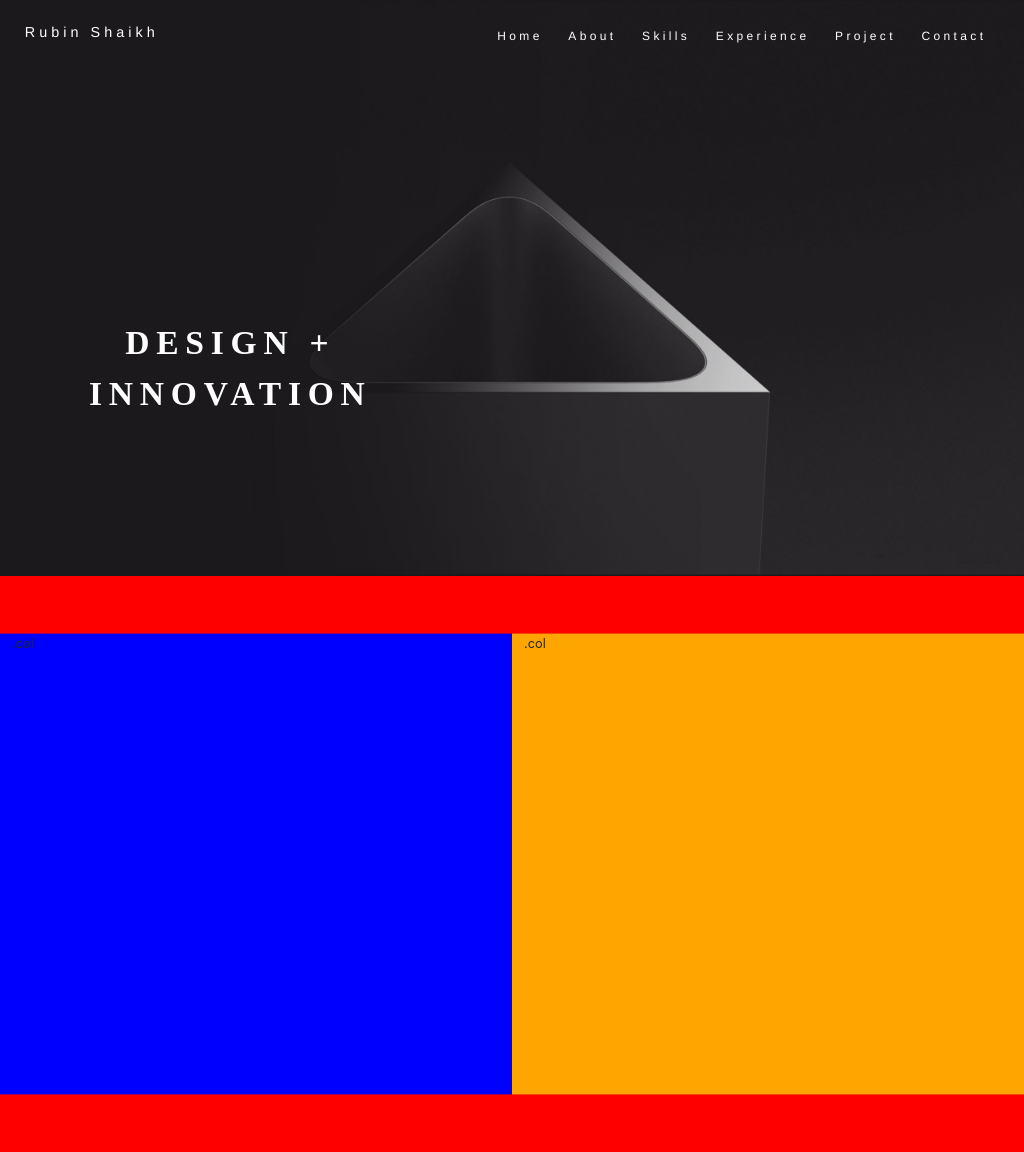
Repository: Rubin78/My-Portfolio
Page: /second
The author's editor kept a copy of each file at every save. The page is drawn from the files as they stood at one save, then again after the next save.
The browser window is 1280 px wide. The pictures show the whole page, at 80% of full size.
The project was rebuilt for these pictures with package versions that can differ from the ones it lists, and the page was loaded fresh each time. Also part of the build but not shown: src/components/First/First.module.css, src/components/First/First.js, src/components/Third.js.

Above is the page before, as saved 2020-07-21 18:25:16.

### src/App.js
import React from 'react';

// import './App.css';

import { BrowserRouter as Router, Switch, Route } from "react-router-dom";
import First from './components/First/First';
import Second from './components/Second';
import Third from './components/Third';
function App() {
  return (
    <Router>
        <div className="App">

          <Switch>
            <Route exact path="/" component={First} />
            <Route exact path="/second" component={Second} />
            <Route exact path="/third" component={Third} />



            <Route render={() => <h2>404 Page Not Found</h2>} />
          </Switch>
        </div>
      </Router>
  );
}

export default App;

### src/components/Second.js
// import React, { Component } from 'react';
// import { Link } from "react-router-dom";
// class Second extends Component {
//     render() {
//         console.log(this.props);
//         return (




//             <div>
//                 <Link to="/third" >Go to the third page</Link>

//         <div>{this.props.location.state}</div>
//             </div>
//         );
//     }
// }

// export default Second;








import React, { useState } from 'react';
import {
  Collapse,
  Navbar,
  NavbarToggler,
  NavbarBrand,
  Nav,
  NavItem,
  NavLink,
  UncontrolledDropdown,
  DropdownToggle,
  DropdownMenu,
  DropdownItem,
  NavbarText
} from 'reactstrap';
import { Container, Row, Col} from 'reactstrap';
import styles  from '../components/Second.css'
import hero1 from '../assests/hero1.jpg';
import { Hidden } from '@material-ui/core';


const Example = (props) => {
  const [isOpen, setIsOpen] = useState(false);

  const toggle = () => setIsOpen(!isOpen);

  return (
<div>
    <Container fluid  className="containerBody2" style={{  backgroundImage:`url(${hero1})`,backgroundColor:'red'}} >
    <div style={{backgroundColor:'transparent',height:90,display:'flex'}}>


      <Navbar color="red" light expand="md"  style={{display:'flex',flex:1,position:'sticky'}} >
        <NavbarBrand href="/"><h4  className="textheader1" >Rubin Shaikh</h4></NavbarBrand>
        <NavbarToggler onClick={toggle} style={{color:'white',backgroundColor:'#F5F5F5'}} />
        <Collapse isOpen={isOpen} navbar >
          <Nav className="mr-auto" navbar>



         </Nav>

         <NavLink  href="/components/"  className="textheader" >Home</NavLink>
         <NavLink href="/components/" className="textheader">About</NavLink>
          <NavLink href="/components/" className="textheader">Skills</NavLink>
          <NavLink href="/components/" className="textheader">Experience</NavLink>
          <NavLink href="/components/" className="textheader">Project</NavLink>
          <NavLink href="/components/" className="textheader">Contact</NavLink>
        </Collapse>
      </Navbar>
    </div>


<Col sm="5"  style={{ display:'flex',flex:1,
alignItems:'space-between',justifyContent:'center',paddingLeft:40,}}>
<div style={{display:'flex',height:450,flexDirection:'column',justifyContent:'flex-end',alignItems:'flex-start',marginBottom:20,}} >

    <div style={{color:'white',fontSize:42,textAlign:'center',fontFamily:"Patua One",fontWeight:"bolder",letterSpacing:'.20em'}} >
    {/* <div style={{color:'#ffffff',fontSize:15,textAlign:"left",letterSpacing:'.1em',paddingLeft:60}}>HELLO,</div> */}

      DESIGN +
   <p style={{paddingBottom:-15}}>INNOVATION</p></div>
    {/* <button onClick={this.submitHandler} >go to second page</button> */}
    </div>
</Col>
    </Container>


<Container fluid  className="container2">
<Row >
        <Col md="6" sm="6" className="container2column" style={{backgroundColor:"blue"}} >.col</Col>
        <Col md="6" sm="6" className="container2column"  style={{backgroundColor:"orange"}}>.col</Col>



      </Row>
</Container>

    </div>
  );
}

export default Example;

### src/components/Second.css

.containerBody2{



    background-position: center;
    background-size: cover;
    background-repeat: 'no-repeat';
    height: 100vh;
    width: calc(100vw -12px);
    overflow: hidden;
    position: relative;
background-color: black;

}


.container2{

    height: 100vh;
    width: calc(100vw -12px);
    overflow: hidden;
    background-color: red;

position: relative;

align-items: center;
display: flex;
}


.textheader{


  color: white;
  font-size: 15px;
font-family: "Gotham-Medium","Helvetica Neue","sans-serif";
letter-spacing: .28em;
}



.textheader1{


    color: white;
    font-size: 18px;
  font-family: "Gotham-Medium","Helvetica Neue","sans-serif";
  letter-spacing: .28em;
  }




.textcolor{
font-size: 45px;
margin-bottom: 20px;
letter-spacing: -1px;
font-family: "Gotham-Bold","Helvetica Neue",sans-serif;


background-color: red;


}


.container2row{

display: flex;
flex: 1;

justify-content: center;
align-items: center;
height: 100vh;
background-color: blue;

}


.container2column{

    height: 80vh;
    width: 100vw;
    background-color: green;
}

Loaded but not shown: public/index.html (common file); src/index.js (common file); src/index.css (common file); src/serviceWorker.js (common file)

After the next save:
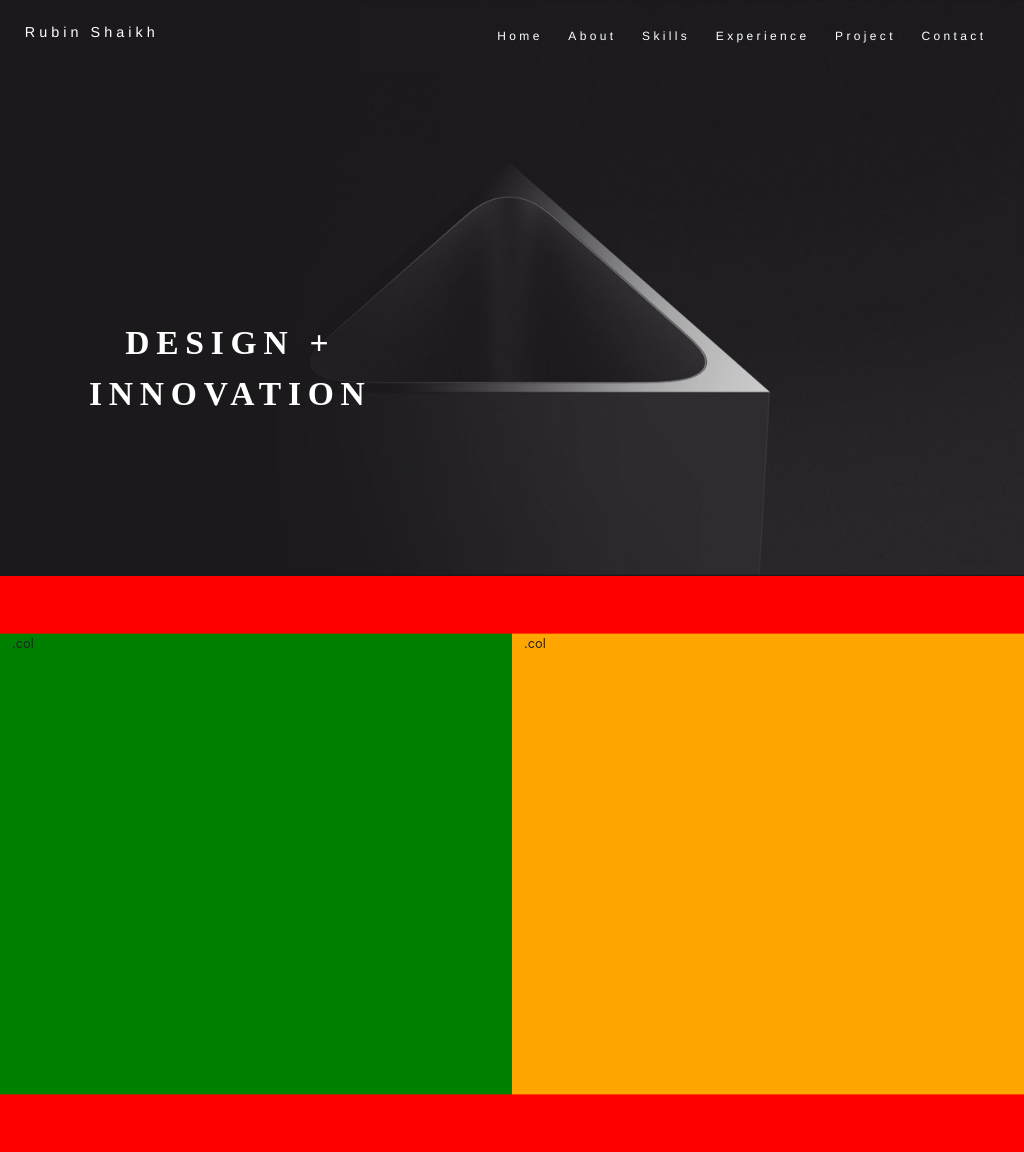
Saved 13 s later.
--- a/src/components/Second.js
+++ b/src/components/Second.js
@@ -96,8 +96,8 @@
 
 <Container fluid  className="container2">
 <Row >
-        <Col md="6" sm="6" className="container2column" style={{backgroundColor:"blue"}} >.col</Col>
-        <Col md="6" sm="6" className="container2column"  style={{backgroundColor:"orange"}}>.col</Col>
+        <Col md="6" sm="6" className="container2column" style={{backgroundColor:"green"}} >.col</Col>
+        <Col md="6" sm="6" className="container2column"  style={{backgroundColor:"orange  "}}>.col</Col>
 
 
 

After the save that followed:
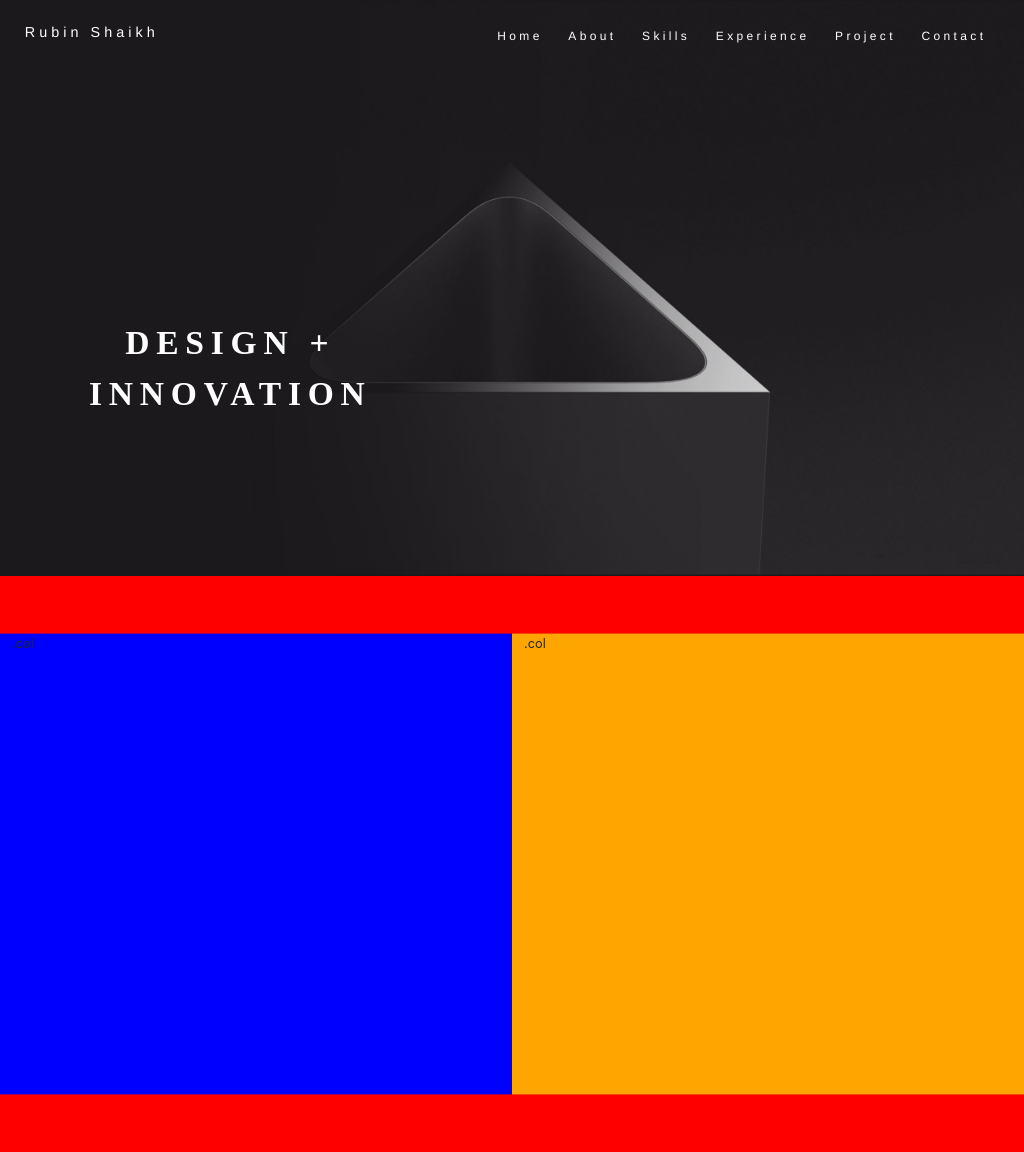
Saved 6 s later.
--- a/src/components/Second.js
+++ b/src/components/Second.js
@@ -96,7 +96,7 @@
 
 <Container fluid  className="container2">
 <Row >
-        <Col md="6" sm="6" className="container2column" style={{backgroundColor:"green"}} >.col</Col>
+        <Col md="6" sm="6" className="container2column" style={{backgroundColor:"blue"}} >.col</Col>
         <Col md="6" sm="6" className="container2column"  style={{backgroundColor:"orange  "}}>.col</Col>
 
 
